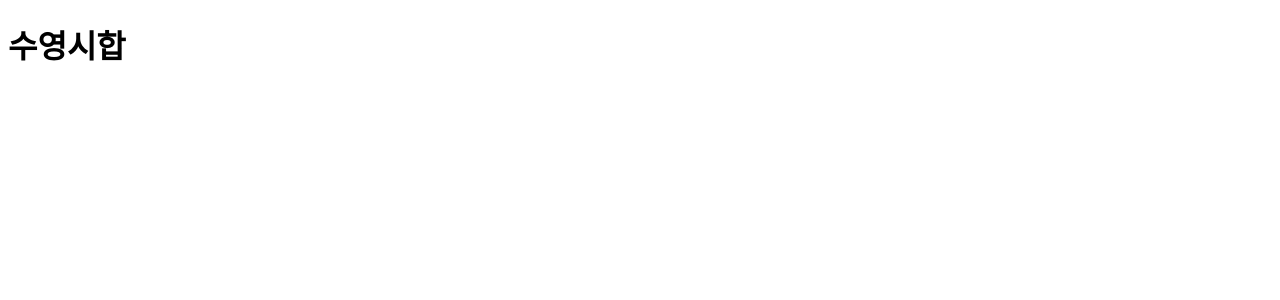
Repository: jeongho97/JQuery
Page: JQuery기본2/WebContent/JQuery_table데이터추가.html
An editor plug-in stored every save of this project. The page is shown before and after the next save, followed by the edit.
The browser window is 1280 px wide. The pictures show the whole page.

Above is the page before, as saved 2022-05-13 02:32:22.

After the next save:
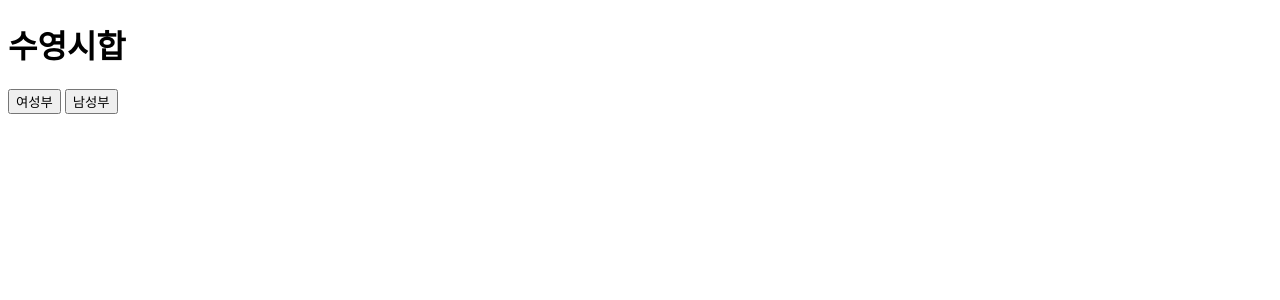
Saved 28 s later.
--- a/JQuery기본2/WebContent/JQuery_table데이터추가.html
+++ b/JQuery기본2/WebContent/JQuery_table데이터추가.html
@@ -9,6 +9,9 @@
 
 <h1>수영시합</h1>
 
+<button type="button" id="woman">여성부</button>
+<button type="button" id="man">남성부</button>
+
 
 </body>
 </html>
